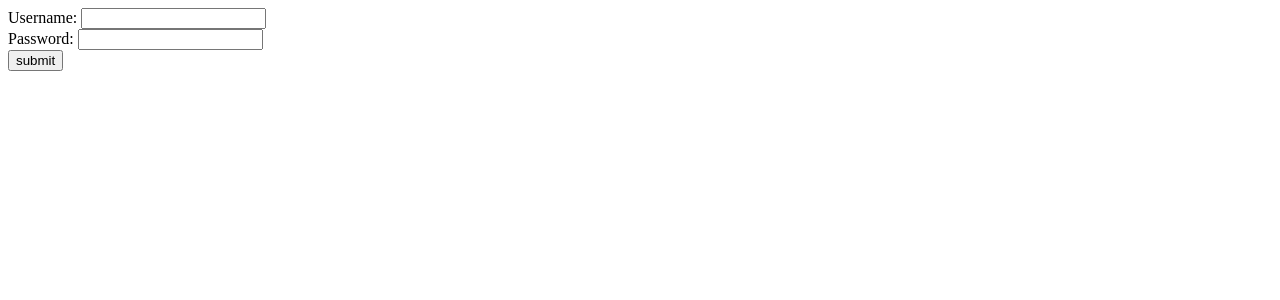
Repository: i-am-enlightened/Spring
Page: http://localhost/LoginWebApp/login.jsp
These files come from the project's save history. The page is drawn as it stood at one moment and after the next save; the edit follows.
The browser window is 1280 px wide. The pictures show the whole page.
The page is served by Tomcat 9.

Above is the page before, as saved 2019-07-31 11:44:26.

After the next save:
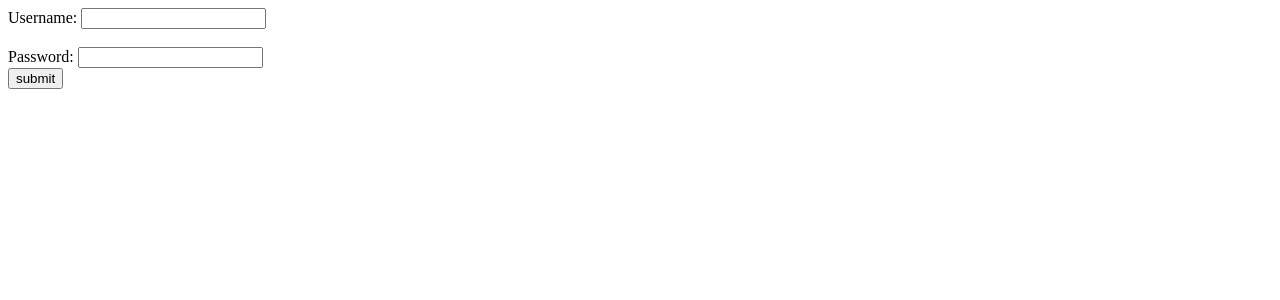
Saved 23 s later.
--- a/LoginWebApp/src/main/webapp/login.jsp
+++ b/LoginWebApp/src/main/webapp/login.jsp
@@ -8,7 +8,7 @@
 </head>
 <body>
 	<form >
-	Username: <input type="text" name="uname"> <br>
+	Username: <input type="text" name="uname"> <br> <br>
 	Password: <input type="password" name="pass"> <br>
 	<input type="submit" value="submit">
 	</form>
